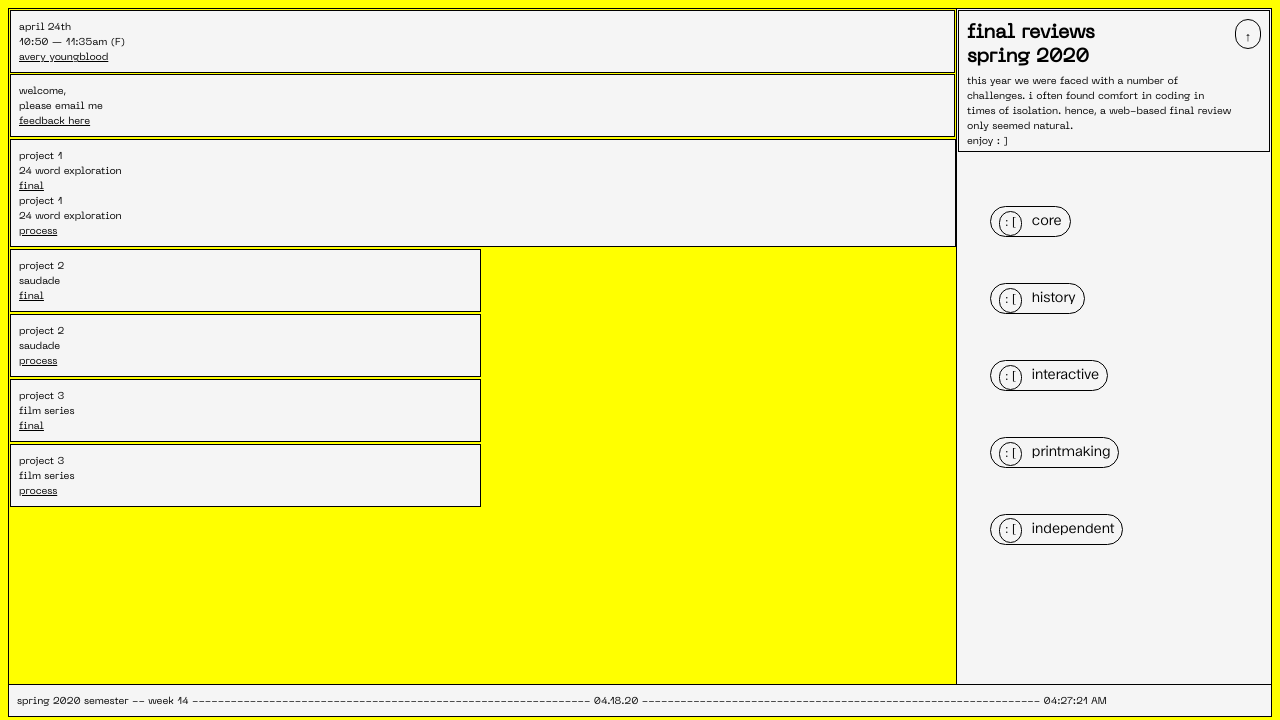
Repository: ayoungblood2/Spring-Semester-2020
Page: index v2/classes/core.html
These files come from the project's save history. The page is drawn as it stood at one moment and after the next save; the edit follows.
The browser window is 1280 px wide. The pictures show the whole page.
Some web libraries are served in a nearby version.

Above is the page before, as saved 2020-04-18 15:12:11.

### index v2/classes/core.html
<html lang="en">

<head>

    <meta charset="UTF-8">
    <meta name="viewport" content="width=device-width, initial-scale=1.0">
    <meta http-equiv="X-UA-Compatible" content="ie=edge">
    <link rel="stylesheet" href="/index v2/assets/css/main.css">

    <link rel="apple-touch-icon" sizes="180x180" href="/index v2/assets/icon/favicon_io/apple-touch-icon.png">
    <link rel="icon" type="image/png" sizes="32x32" href="/index v2/assets/icon/favicon_io/favicon-32x32.png">
    <link rel="icon" type="image/png" sizes="16x16" href="/index v2/assets/icon/favicon_io/favicon-16x16.png">

    <!-- <META HTTP-EQUIV="refresh" CONTENT="5; URL=http://127.0.0.1:5500/index%20v2/index2.html"> -->


    <title> : ] [ :</title>


</head>

<body class="none">


    <div id="coords" data-html2canvas-ignore="true" style="color: black; top: 747px; left: 58px;">click(48,737)
    </div>


    <main class="Main">

        <header class="PageHeader PageHeader--home">

            <section class="PageHeader-classInfo">
                april 24th
                <br>10:50 — 11:35am (F)
                <br><a href="https://www.art.yale.edu/AveryYoungblood" target="_blank" class="PageHeader--link">avery
                    youngblood</a>
            </section>
        </header>

        <header class="PageHeader PageHeader--home">
            <section class="PageHeader-classInfo">
                welcome,
                <br> please email me
                <br><a href="avery.youngblood@yale.edu" class="PageHeader--link">feedback here</a>
            </section>
        </header>


        <header class="PageHeader PageHeader--home" style="display: inline-flex; width:99.9%;">
            <section class="PageHeader-classInfo">
                project 1
                <br> 24 word exploration
                <br><a href="/index v2/classes/core-prct1-1.html" class="PageHeader--link">final</a>
            </section>


            <section class="PageHeader-classInfo">
                project 1
                <br> 24 word exploration
                <br><a href="/index v2/classes/core-prct1-2.html" class="PageHeader--link">process</a>
            </section>
        </header>

        <header class="PageHeader PageHeader--home" style="display: inline-flex; width:49.75%;">
            <section class="PageHeader-classInfo">
                project 2
                <br> saudade
                <br><a href="/index v2/classes/core-prct2-1.html" class="PageHeader--link">final</a>
            </section>
        </header>

        <header class="PageHeader PageHeader--home" style="display: inline-flex; width:49.75%;">
            <section class="PageHeader-classInfo">
                project 2
                <br> saudade
                <br><a href="/index v2/classes/core-prct2-2.html" class="PageHeader--link">process</a>
            </section>
        </header>

        <header class="PageHeader PageHeader--home" style="display: inline-flex; width:49.75%;">
            <section class="PageHeader-classInfo">
                project 3
                <br> film series
                <br><a href="/index v2/classes/core-prct3-1.html" class="PageHeader--link">final</a>
            </section>
        </header>

        <header class="PageHeader PageHeader--home" style="display: inline-flex; width:49.75%;">
            <section class="PageHeader-classInfo">
                project 3
                <br> film series
                <br><a href="/index v2/classes/core-prct3-2.html" class="PageHeader--link">process</a>
            </section>
        </header>
    </div>

    </main>


    <header class="Header">

        <a href="/index v2/index2.html" class="Header-link">
            <div class="wrapper">

                <span class="Header-title">
                    <h2>
                        <span class="Header-span">final reviews</span>
                        <span class="Header-span">spring 2020</span></h2>
                    <br>
                    <div class="content">
                        <p> this year we were faced with a number of challenges.
                            i often found comfort in coding in times of isolation.
                            hence, a web-based final review only seemed natural. </p>
                        <p> enjoy : ] </p>

                </span>
                </span>

            </div>

            </div>
            <button onClick="window.location.href=window.location.href" class="Header-arrow">
                ↑
            </button>


        </a>


        <nav class="Nav is-home">

            <ul class="Nav-list">

                <li class="Nav-item ">
                    <span>
                        <a href="/index v2/classes/core.html" class="Nav-link view-more view-less" href="#"
                            data-target="core">
                            core
                        </a>
                    </span>
                    <img src="/index v2/classes/core/project1/Avery_Slang_BW.png"
                        style="width:150%;transform:rotate(20deg);" class="page-header" />

                    <ul id="core" class="viewing-less">

                        <li class="more">
                            core became a way to discover process and refine my message, along with building the
                            fundamentals of graphic design.
                            core solidifies the conceptualization of flexible ideas into experimental print and
                            materiality so that one can understand the motive behind work.
                            <br><br><br>
                            <p>--&nbsp;&nbsp;project&nbsp;&nbsp;&nbsp;1&nbsp;&nbsp;&nbsp;:&nbsp;&nbsp;&nbsp;24 word
                                exploration</p>
                            <br>
                            <p>--&nbsp;&nbsp;project&nbsp;&nbsp;2&nbsp;&nbsp;&nbsp;:&nbsp;&nbsp;&nbsp;saudade event</p>
                            <br>
                            <p>--&nbsp;&nbsp;project&nbsp;&nbsp;3&nbsp;&nbsp;&nbsp;:&nbsp;&nbsp;&nbsp;film posters</p>
                        </li>
                    </ul>

                </li>


                <li class="Nav-item ">
                    <span>
                        <a href="open projects on left-hand side and make smile icon big"
                            class="Nav-link view-more view-less" href="#" data-target="history">
                            history
                        </a>
                    </span>
                    <img src="/index v2/classes/history/other images/event_default_31_1.jpg"
                        style="width:100%;transform:rotate(-50deg);margin:50px;" />
                    <ul id="history" class="viewing-less">

                        <li class="more">
                            this semester history provided me with context for design. instead of conceptualizing from
                            personal ideation,
                            my process became reversed in history of graphic design. i found myself working from
                            historical references first,
                            then contextualizing into my own design language.
                            <br><br><br>
                            <p>--&nbsp;&nbsp;project&nbsp;&nbsp;&nbsp;1&nbsp;&nbsp;&nbsp;:&nbsp;&nbsp;&nbsp;sf
                                psychedelic rock posters</p>
                            <br>
                            <p>--&nbsp;&nbsp;project&nbsp;&nbsp;2&nbsp;&nbsp;&nbsp;:&nbsp;&nbsp;&nbsp;designer accordion
                            </p>
                            <br>
                            <p>--&nbsp;&nbsp;project&nbsp;&nbsp;3&nbsp;&nbsp;&nbsp;:&nbsp;&nbsp;&nbsp;reading</p>
                            <br>
                            <p>--&nbsp;&nbsp;project&nbsp;&nbsp;4&nbsp;&nbsp;&nbsp;:&nbsp;&nbsp;&nbsp;research &
                                resources</p>
                        </li>
                    </ul>
                </li>


                <li class="Nav-item ">
                    <span>
                        <a href="open projects on left-hand side and make smile icon big"
                            class="Nav-link view-more view-less" href="#" data-target="interact">
                            interactive
                        </a>
                    </span>
                    <img src="/index v2/classes/interactive/web-as-site.png"
                        style="width:70%;transform:rotate(2deg);margin-top:300px;margin-left:300px;" />
                    <ul id="interact" class="viewing-less">

                        <li class="more">
                            we covered a lot in interactive this semester.
                            i've been actively learning HTML, CSS, and JavaScript, and experimenting ways to introduce
                            these methods into my everyday studio practice.
                            the readings we had about the internet and the relationship to
                            embodied experience were eye-opening discussions.
                            everything of what i thought web-design "should-be" vanished. all expectations and rules,
                            gone.
                            i learned there is a space for art in the web-space.
                            i appreciate the freedom of expression and encouragement of creativity from
                            conceptually-driven prompts in this class.
                            i want to incorporate this new perspective of organizing and translating design/process into
                            an interactive space.
                            <br><br><br>
                            <p>--&nbsp;&nbsp;project&nbsp;&nbsp;&nbsp;1&nbsp;&nbsp;&nbsp;:&nbsp;&nbsp;&nbsp;list</p>
                            <br>
                            <p>--&nbsp;&nbsp;project&nbsp;&nbsp;2&nbsp;&nbsp;&nbsp;:&nbsp;&nbsp;&nbsp;clock</p>
                            <br>
                            <p>--&nbsp;&nbsp;project&nbsp;&nbsp;3&nbsp;&nbsp;&nbsp;:&nbsp;&nbsp;&nbsp;reading &
                                resources</p>
                        </li>
                    </ul>
                </li>


                <li class="Nav-item ">
                    <span>
                        <a href="open projects on left-hand side and make smile icon big"
                            class="Nav-link view-more view-less" href="#" data-target="print">
                            printmaking
                        </a>
                    </span>
                    <img src="/index v2/classes/printmaking/reference pics/Screen Shot 2020-04-16 at 5.17.14 AM.png"
                        style="width:50%;transform:rotate(20deg);margin-top:200px;margin-left:10px;" />
                    <ul id="print" class="viewing-less">

                        <li class="more">
                            printmaking considers ways in which multiplicity, circulation, and archives have functioned
                            within contemporary print based artworks.
                            We had visits to on-campus collections, collaborative studio work, and in class discussions
                            of pertinent texts aim to place the
                            making of printed media within an expansive field of art practices.
                            Although, the second part of the semester was to focus on
                            how these concepts, materials, and forms connect to our own individual studio practices
                            through projects and printshop demonstrations focusing on the stencil and the book (we still
                            had discussions of what we'd like to pursue in the future).
                            <br><br><br>
                            <p>--&nbsp;&nbsp;project&nbsp;&nbsp;&nbsp;1&nbsp;&nbsp;&nbsp;:&nbsp;&nbsp;&nbsp;reading</p>
                            <br>
                            <p>--&nbsp;&nbsp;project&nbsp;&nbsp;2&nbsp;&nbsp;&nbsp;:&nbsp;&nbsp;&nbsp;research &
                                resources</p>
                            <br>
                            <p>--&nbsp;&nbsp;project&nbsp;&nbsp;3&nbsp;&nbsp;&nbsp;:&nbsp;&nbsp;&nbsp;chapel street pole
                            </p>
                            <br>
                            <p>--&nbsp;&nbsp;project&nbsp;&nbsp;4&nbsp;&nbsp;&nbsp;:&nbsp;&nbsp;&nbsp;commissioned
                                publication</p>
                        </li>
                    </ul>
                </li>


                <li class="Nav-item ">
                    <span>
                        <a href="open projects on left-hand side and make smile icon big"
                            class="Nav-link view-more view-less" href="#" data-target="ind">
                            independent
                        </a>
                    </span>
                    <img src="/index v2/classes/independent/Screen Shot 2020-04-14 at 2.37.37 PM.png"
                        style="width:50%;transform:rotate(-63deg);margin:20px;" />
                    <ul id="ind" class="viewing-less">

                        <li class="more">
                            collaboration on all fronts. alvin (prelim GD) and amina (1st yr sculpture) became my close
                            allies this semester.
                            our personal interests led the way in cultivating close-relationships,
                            along with intriguing long-term projects that i'm excited to continue and develop over the
                            years.
                            <br>
                            the second half of the semester my attention and time became devoted to the covid-19 cause -
                            writing
                            and meeting and organizing 24/7 to work towards active nationwide solutions for the future
                            of education.
                            <br><br><br>
                            <p>--&nbsp;&nbsp;project&nbsp;&nbsp;&nbsp;1&nbsp;&nbsp;&nbsp;:&nbsp;&nbsp;&nbsp;we-need-to-talk
                            </p>
                            <br>
                            <p>--&nbsp;&nbsp;project&nbsp;&nbsp;2&nbsp;&nbsp;&nbsp;:&nbsp;&nbsp;&nbsp;sonic rupture</p>
                            <br>
                            <p>--&nbsp;&nbsp;project&nbsp;&nbsp;3&nbsp;&nbsp;&nbsp;:&nbsp;&nbsp;&nbsp;log & letters</p>
                        </li>
                    </ul>
                </li>
        </nav>

    </header>

    <span class="TimeStamp">spring semester week 01 04.15.20 05:07:06 PM</span>

    <script src="//ajax.googleapis.com/ajax/libs/jquery/1.7.1/jquery.min.js" type="text/javascript"></script>
    <script src="https://cdnjs.cloudflare.com/ajax/libs/moment.js/2.20.1/moment.min.js"></script>
    <script src="/index v2/assets/js/main.js"></script>
    <script src="/index v2/assets/js/scripts.js"></script>
    <script src="/index v2/assets/js/html2canvas.js"></script>




</body>


</html>

<!-- yale school of art --
graphic design --
preliminary year --
final reviews --
spring 2020 -->

Loaded but not shown: index v2/assets/js/html2canvas.js (library); index v2/assets/js/scripts.js (193 lines, source omitted); index v2/assets/js/main.js (113 lines, source omitted); index v2/assets/css/main.css (827 lines, source omitted)

After the next save:
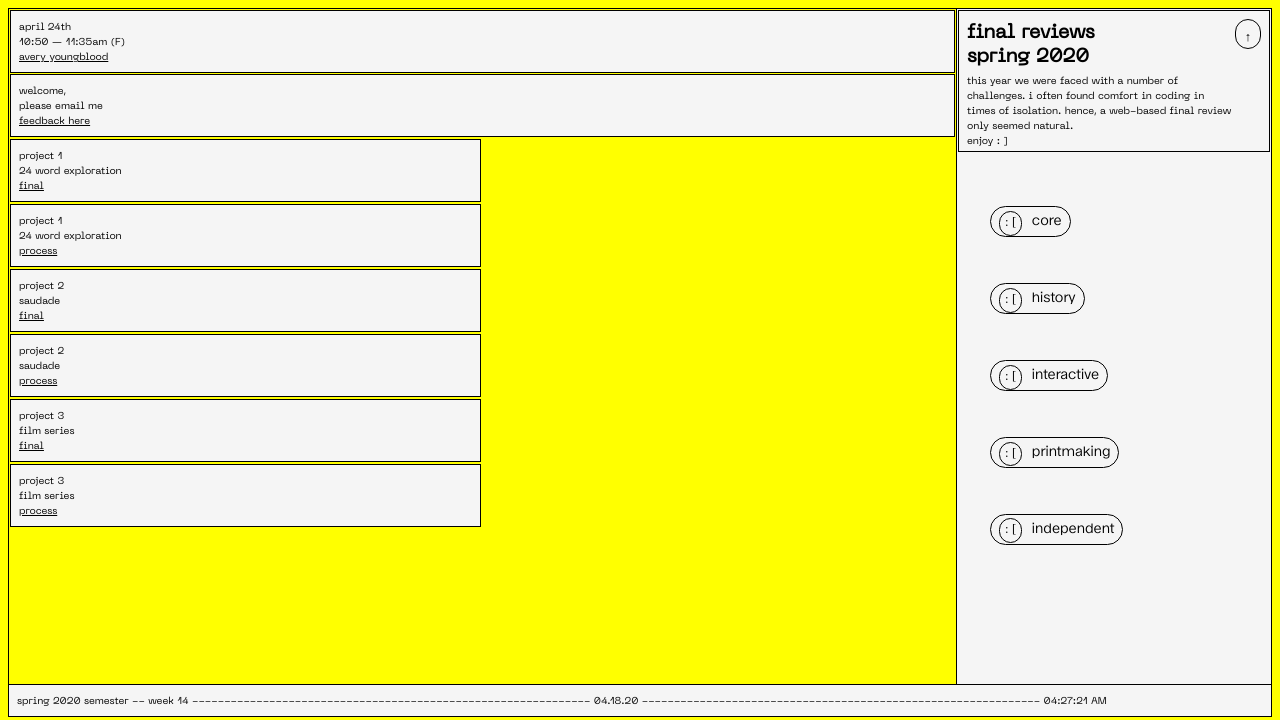
Saved 2 min 13 s later.
--- a/index v2/classes/core.html
+++ b/index v2/classes/core.html
@@ -47,14 +47,14 @@
         </header>
 
 
-        <header class="PageHeader PageHeader--home" style="display: inline-flex; width:99.9%;">
+        <header class="PageHeader PageHeader--home" style="display: inline-flex; width:49.75%;">
             <section class="PageHeader-classInfo">
                 project 1
                 <br> 24 word exploration
                 <br><a href="/index v2/classes/core-prct1-1.html" class="PageHeader--link">final</a>
             </section>
-
-
+        </header>
+        <header class="PageHeader PageHeader--home" style="display: inline-flex; width:49.75%;">
             <section class="PageHeader-classInfo">
                 project 1
                 <br> 24 word exploration
